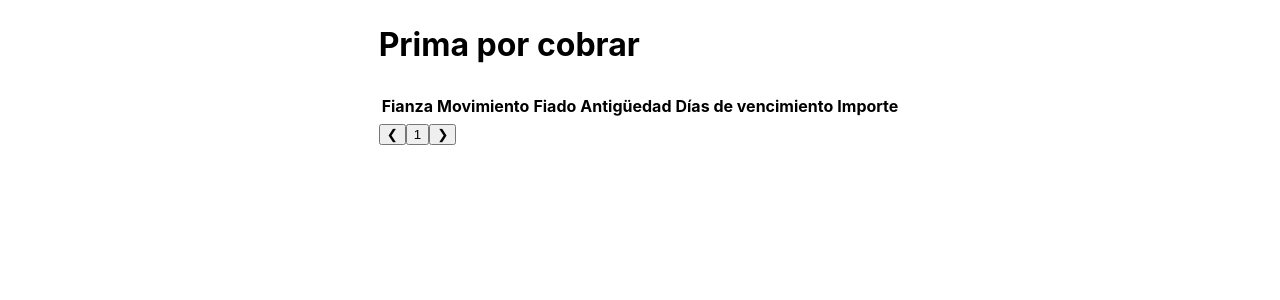
Repository: PCGP22/prueba-t-cnica-liberty-finanzas
Page: / (app in Prueba técnica full-stack/client/)
The author's editor kept a copy of each file at every save. The page is drawn from the files as they stood at one save, then again after the next save.
The browser window is 1280 px wide. The pictures show the whole page.
The page's requests for data from a server got no answer. The project was rebuilt for these pictures with package versions that can differ from the ones it lists, and the page was loaded fresh each time. No one was signed in, and anything a server would have sent is missing. Also part of the build but not shown: Prueba técnica full-stack/client/vite.config.js, Prueba técnica full-stack/client/src/components/Card.jsx, Prueba técnica full-stack/client/src/components/CardsContainer.jsx, Prueba técnica full-stack/client/src/components/Filters.jsx.

Above is the page before, as saved 2023-11-14 07:28:36.

After the next save:
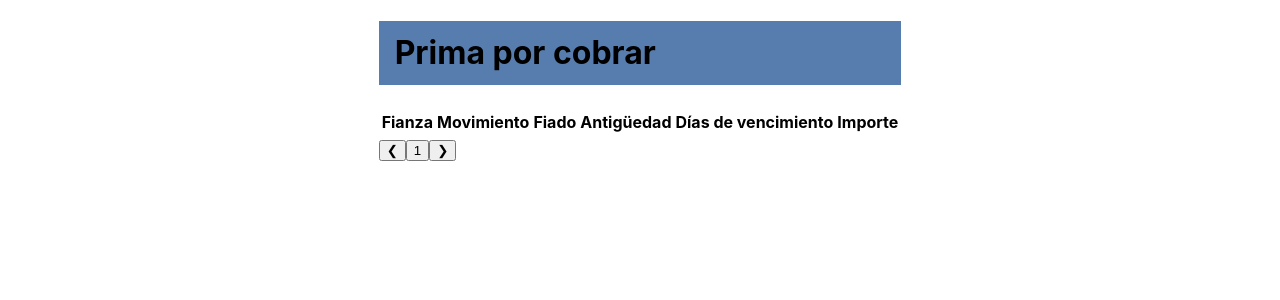
Saved 74 s later.
--- a/Prueba técnica full-stack/client/src/index.css
+++ b/Prueba técnica full-stack/client/src/index.css
@@ -23,3 +23,7 @@ body{
   flex-direction: column;
   align-items: center;
 }
+h1{
+  background-color: var(--light-blue);
+  padding: 8px 16px;
+}
